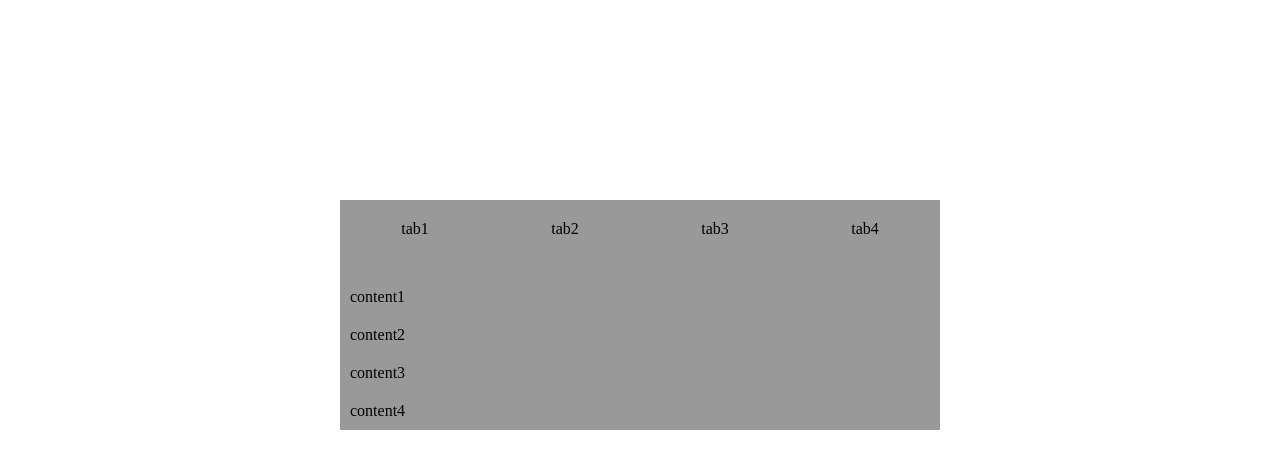
Repository: PCTai/javascript-coban
Page: tab UI/index.html
These files come from the project's save history. The page is drawn as it stood at one moment and after the next save; the edit follows.
The browser window is 1280 px wide. The pictures show the whole page.

Above is the page before, as saved 2022-02-09 16:49:55.

### tab UI/index.html
<!DOCTYPE html>
<html lang="en">
<head>
    <meta charset="UTF-8">
    <meta http-equiv="X-UA-Compatible" content="IE=edge">
    <meta name="viewport" content="width=device-width, initial-scale=1.0">
    <title>Document</title>
    <link rel="stylesheet" href="./style.css">
</head>
<body>
    <div class="container">
        <div class="tab">
            <div class="tab-item">tab1</div>
            <div class="tab-item">tab2</div>
            <div class="tab-item">tab3</div>
            <div class="tab-item">tab4</div>
            <div class="tab-line"></div>
        </div>
        <div class="box">
            <div class="box-item">content1</div>
            <div class="box-item">content2</div>
            <div class="box-item">content3</div>
            <div class="box-item">content4</div>
        </div>

    </div>


    <script src="./app.js"></script>
</body>
</html>

### tab UI/style.css
*{
    margin: 0;
    border: 0;
    padding: 0;
}
.container{
    width: 600px;
    margin: auto;
    background-color: #999;
    margin-top: 200px;
}
.tab{
    display: flex;
}
.tab-item{
    flex: 1;
    text-align: center;
    padding: 20px 0;

}
.box{
    margin-top: 20px;
}
.box-item{
    padding: 10px 10px;
}

Loaded but not shown: tab UI/app.js (no stored copy; drawn as an empty file)

After the next save:
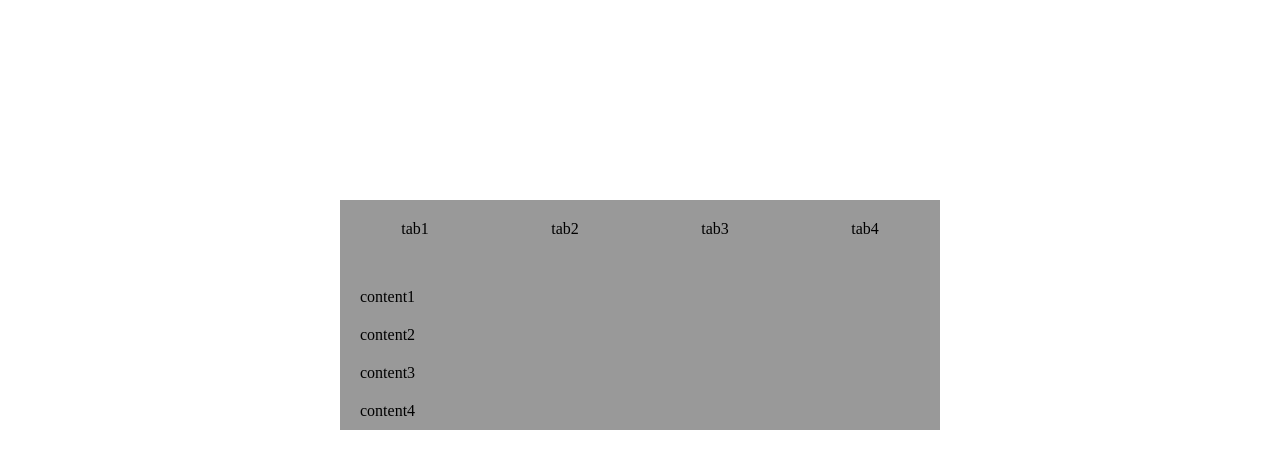
Saved 4 s later.
--- a/tab UI/style.css
+++ b/tab UI/style.css
@@ -22,5 +22,5 @@
     margin-top: 20px;
 }
 .box-item{
-    padding: 10px 10px;
+    padding: 10px 20px;
 }
